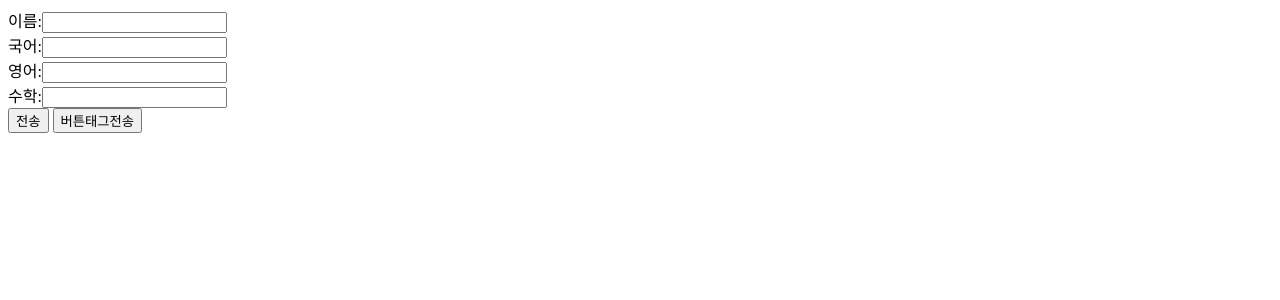
Repository: yubeens/JSP
Page: http://localhost/JSP_Project/exam/scoreInput3.jsp
The author's editor kept a copy of each file at every save. The page is drawn from the files as they stood at one save, then again after the next save.
The browser window is 1280 px wide. The pictures show the whole page.
The page is served by Tomcat 9. Other server files are loaded and not shown.

Above is the page before, as saved 2025-02-27 02:35:17.

### JSP_Project/src/main/webapp/exam/scoreInput3.jsp
<%@ page language="java" contentType="text/html; charset=UTF-8"
    pageEncoding="UTF-8"%>
<!DOCTYPE html>
<html>
<head>
<meta charset="UTF-8">
<title>Insert title here</title>
</head>
<body>
<form action="scoreResult.jsp" method="post">
이름:<input type="text" name="name"><br/>
국어:<input type="text" name="kor"><br/>
영어:<input type="text" name="eng"><br/>
수학:<input type="text" name="math"><br/>
<input type="submit" value="전송"/>
<button>버튼태그전송</button>
</form>
</body>
</html>

After the next save:
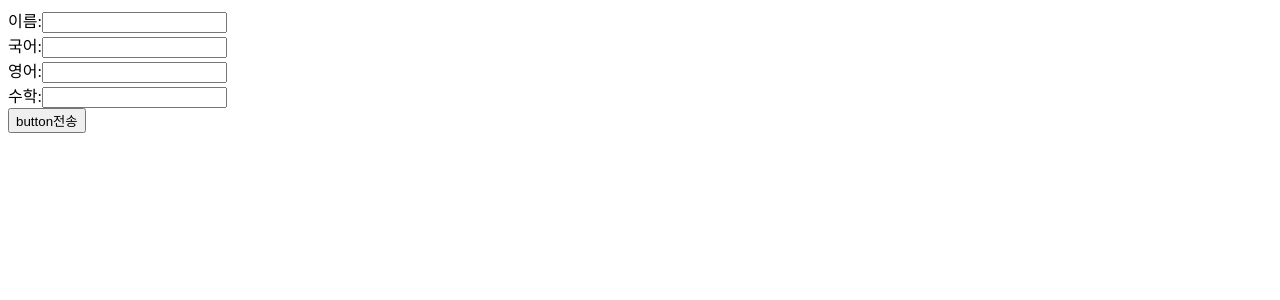
Saved 71 s later.
--- a/JSP_Project/src/main/webapp/exam/scoreInput3.jsp
+++ b/JSP_Project/src/main/webapp/exam/scoreInput3.jsp
@@ -7,13 +7,12 @@
 <title>Insert title here</title>
 </head>
 <body>
-<form action="scoreResult.jsp" method="post">
-이름:<input type="text" name="name"><br/>
-국어:<input type="text" name="kor"><br/>
-영어:<input type="text" name="eng"><br/>
-수학:<input type="text" name="math"><br/>
-<input type="submit" value="전송"/>
-<button>버튼태그전송</button>
+<form action="scoreResult.jsp">
+	이름:<input type="text" name="name"><br/>
+	국어:<input type="text" name="kor"><br/>
+	영어:<input type="text" name="eng"><br/>
+	수학:<input type="text" name="math"><br/>
+	<input type="button" value="button전송"/>
 </form>
 </body>
 </html>
